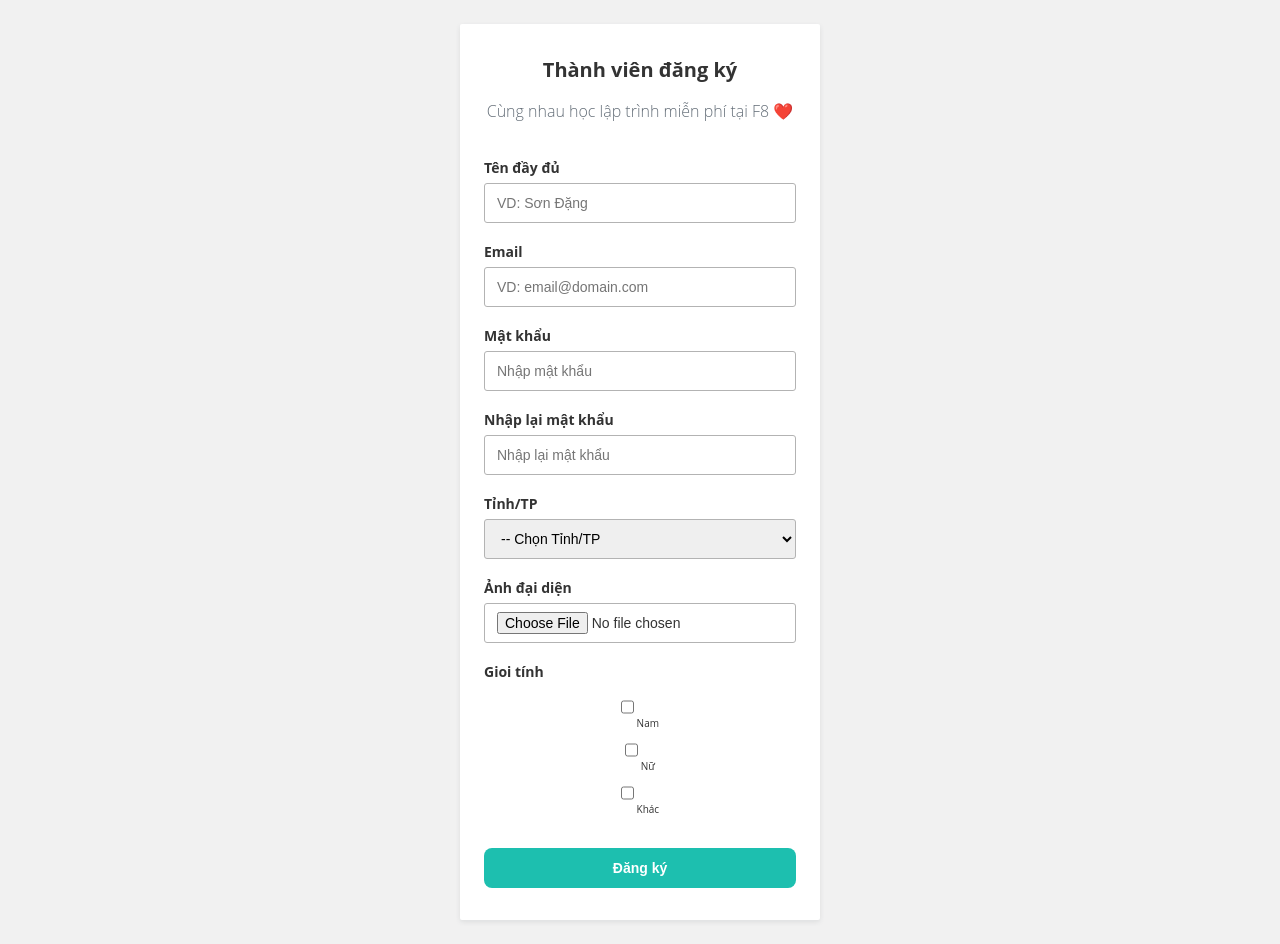
Repository: Khuongg01/Ban-Dong-ho
Page: http://localhost/user/signin/signin.php
These files come from the project's save history. The page is drawn as it stood at one moment and after the next save; the edit follows.
The browser window is 1280 px wide. The pictures show the whole page.
The page is run by PHP 8.4 with error messages shown; the project is at /var/www/html/.

Above is the page before, as saved 2022-04-15 20:24:48.

### user/signin/signin.php
<!DOCTYPE html>
<html lang="en">
    <head>
        <meta charset="UTF-8" />
        <meta http-equiv="X-UA-Compatible" content="IE=edge" />
        <meta name="viewport" content="width=device-width, initial-scale=1.0" />
        <link rel="stylesheet" href="./sign_in.css" />
        <title>FORM</title>
    </head>
    <body>
        <div class="main">
            <form action="" method="POST" class="form" id="form-1">
                <h3 class="heading">Thành viên đăng ký</h3>
                <p class="desc">Cùng nhau học lập trình miễn phí tại F8 ❤️</p>

                <div class="spacer"></div>

                <div class="form-group">
                    <label for="fullname" class="form-label">Tên đầy đủ</label>
                    <input id="fullname" name="fullname" type="text" placeholder="VD: Sơn Đặng" class="form-control" />
                    <span class="form-message"></span>
                </div>

                <div class="form-group">
                    <label for="email" class="form-label">Email</label>
                    <input
                        id="email"
                        name="email"
                        type="text"
                        placeholder="VD: email@domain.com"
                        class="form-control"
                    />
                    <span class="form-message"></span>
                </div>

                <div class="form-group">
                    <label for="password" class="form-label">Mật khẩu</label>
                    <input
                        id="password"
                        name="password"
                        type="password"
                        placeholder="Nhập mật khẩu"
                        class="form-control"
                    />
                    <span class="form-message"></span>
                </div>

                <div class="form-group">
                    <label for="password_confirmation" class="form-label">Nhập lại mật khẩu</label>
                    <input
                        id="password_confirmation"
                        name="password_confirmation"
                        placeholder="Nhập lại mật khẩu"
                        type="password"
                        class="form-control"
                    />
                    <span class="form-message"></span>
                </div>
                <div class="form-group">
                    <label for="province" class="form-label">Tỉnh/TP</label>
                    <select name="province" id="province" class="form-control">
                        <option value="">-- Chọn Tỉnh/TP</option>
                        <option value="Hanoi">Hà Nội</option>

                        <option value="Hp">Bắc Giang</option>
                    </select>
                    <span class="form-message"></span>
                </div>
                <div class="form-group">
                    <label for="avatar" class="form-label">Ảnh đại diện</label>
                    <input id="avatar" name="avatar" type="file" class="form-control" />
                    <span class="form-message"></span>
                </div>
                <div class="form-group">
                    <label for="password_confirmation" class="form-label">Gioi tính</label>
                    <div>
                        <input type="checkbox" name="gender" value="male" class="form-control" />
                        Nam
                    </div>
                    <div>
                        <input type="checkbox" name="gender" value="female" class="form-control" />
                        Nữ
                    </div>
                    <div>
                        <input type="checkbox" name="gender" value="other" class="form-control" />
                        Khác
                    </div>
                    <span class="form-message"></span>
                </div>

                <button class="form-submit">Đăng ký</button>
            </form>
            <div>
<?php
	if(isset($_POST['dangky'])) {
		$tenkhachhang = $_POST['hovaten'];
		$taikhoan= $_POST['taikhoan'];
        $matkhau = md5($_POST['matkhau']);
        $rematkhau=  md5($_POST['rematkhau']);
		$email = $_POST['email'];
		$dienthoai = $_POST['dienthoai'];
		$diachi = $_POST['diachi'];
		if (!$tenkhachhang || !$taikhoan || !$matkhau || !$rematkhau || !$email || !$dienthoai || !$diachi)
		{
			echo "Vui lòng nhập đầy đủ thông tin.";


		}elseif($matkhau!=$rematkhau){
			echo "mat khau chua trung";

		}
		else{


			$sql_dangky = "INSERT INTO tbl_dangky(hovaten,taikhoan,matkhau,sodienthoai,email,diachi) VALUE('".$tenkhachhang."','".$taikhoan."','".$matkhau."','".$dienthoai."','".$email."','".$diachi."')";
			$query_dangky=mysqli_query($connect,$sql_dangky);
			if($query_dangky){
				echo '<p style="color:green">Bạn đã đăng ký thành công</p>';
				$_SESSION['dangky'] = $taikhoan;
				$_SESSION['email'] = $email;
				$_SESSION['id_khachhang'] = mysqli_insert_id($connect);

				}
			}
		}

?>
</div>
        </div>
        <script src="./sign_in.js"></script>
        <script>
            // Mong muốn của chúngta
            Validator({
                form: "#form-1",
                formGroupSelector: ".form-group",
                error: ".form-message",
                rules: [
                    // Validator.isRequired("#fullname"),
                    // Validator.isEmail("#email"),
                    // Validator.minLength("#password", 6),
                    // Validator.isRequired("#password_confirmation"),
                    Validator.isRequired("#avatar"),
                    // Validator.isRequired("#province"),
                    // Validator.isRequired('input[name="gender"]'),
                    // Validator.confirmPassword(
                    //     "#password_confirmation",
                    //     function () {
                    //         return document.querySelector("#form-1 #password").value;
                    //     },
                    //     "Mật khẩu nhập lại không chính xác"
                    // ),
                ],
                onSubmit: function (data) {
                    console.log(data);
                },
            });
        </script>
    </body>
</html>

### signin/sign_in.css
* {
    padding: 0;
    margin: 0;
    box-sizing: border-box;
}
html {
    color: #333;
    font-size: 62.5%;
    font-family: "Open Sans", sans-serif;
}
.main {
    background: #f1f1f1;
    min-height: 100vh;
    display: flex;
    justify-content: center;
}
.form {
    width: 360px;
    min-height: 100px;
    padding: 32px 24px;
    text-align: center;
    background: #fff;
    border-radius: 2px;
    margin: 24px;
    align-self: center;
    box-shadow: 0 2px 5px 0 rgba(51, 62, 73, 0.1);
}
.form .heading {
    font-size: 2rem;
}
.form .desc {
    text-align: center;
    color: #636d77;
    font-size: 1.6rem;
    font-weight: lighter;
    line-height: 2.4rem;
    margin-top: 16px;
    font-weight: 300;
}

.form-group {
    display: flex;
    margin-bottom: 16px;
    flex-direction: column;
}

.form-label,
.form-message {
    text-align: left;
}

.form-label {
    font-weight: 700;
    padding-bottom: 6px;
    line-height: 1.8rem;
    font-size: 1.4rem;
}

.form-control {
    height: 40px;
    padding: 8px 12px;
    border: 1px solid #b3b3b3;
    border-radius: 3px;
    outline: none;
    font-size: 1.4rem;
}

.form-control:hover {
    border-color: #1dbfaf;
}

.form-group.invalid .form-control {
    border-color: #f33a58;
}

.form-group.invalid .form-message {
    color: #f33a58;
}

.form-message {
    font-size: 1.2rem;
    line-height: 1.6rem;
    padding: 4px 0 0;
}

.form-submit {
    outline: none;
    background-color: #1dbfaf;
    margin-top: 12px;
    padding: 12px 16px;
    font-weight: 600;
    color: #fff;
    border: none;
    width: 100%;
    font-size: 14px;
    border-radius: 8px;
    cursor: pointer;
}

.form-submit:hover {
    background-color: #1ac7b6;
}

.spacer {
    margin-top: 36px;
}

### user/sign in/sign_in.js
// Đối tượng
function Validator(options) {
    function getParent(element, selector) {
        while (element.parentElement) {
            if (element.parentElement.matches(selector)) {
                return element.parentElement;
            }
            element = element.parentElement;
        }
    }

    var selectorRules = {};

    //Hàm thực hiện validate
    function validate(inputElement, rule) {
        var errorMassage;
        var errorElement = getParent(
            inputElement,
            options.formGroupSelector
        ).querySelector(options.error);

        // Lấy ra các rules của selector
        var rules = selectorRules[rule.selector];

        // Lặp qua từng rule và kiểm tra
        // Nếu có lỗi thì dừng việc kiểm tra
        for (var i = 0; i < rules.length; ++i) {
            switch (inputElement.type) {
                case "checkbox":
                case "radio":
                    errorMassage = rules[i](
                        formElenment.querySelector(rule.selector + ":checked")
                    );
                    break;
                default:
                    errorMassage = rules[i](inputElement.value);
            }
            if (errorMassage) {
                break;
            }
        }

        if (errorMassage) {
            errorElement.innerText = errorMassage;
            getParent(inputElement, options.formGroupSelector).classList.add(
                "invalid"
            );
        } else {
            errorElement.innerText = "";
            getParent(inputElement, options.formGroupSelector).classList.remove(
                "invalid"
            );
        }
        return !!errorMassage;
    }

    //Lấy Element của fomr Validate
    var formElenment = document.querySelector(options.form);
    if (formElenment) {
        formElenment.onsubmit = function (e) {
            e.preventDefault();

            var isFormValid = true;
            options.rules.forEach(function (rule) {
                var inputElement = formElenment.querySelector(rule.selector);
                var isValid = validate(inputElement, rule);
                if (isValid) {
                    isFormValid = false;
                }
            });

            if (isFormValid) {
                if (typeof options.onSubmit === "function") {
                    var enableInputs = formElenment.querySelectorAll("[name]");
                    var formValues = Array.from(enableInputs).reduce(function (
                        values,
                        input
                    ) {
                        switch (input.type) {
                            case "radio":
                                if (input.matches(":checked"))
                                    values[input.name] = input.value;
                                break;
                            case "checkbox":
                                if (!input.matches(":checked")) return values;

                                if (!Array.isArray(values[input.name])) {
                                    values[input.name] = [];
                                }

                                values[input.name].push(input.value);
                                break;
                            case "file":
                                values[input.name] = input.files;
                            default:
                                values[input.name] = input.value;
                        }

                        return values;
                    },
                    {});
                    options.onSubmit(formValues);
                }
                //Trường hợp submit với hành vi mặc định
                else {
                    formElenment.submit();
                }
            }
        };
        // Lặp qua mỗi rule và xử lý (lắng nghe sư kiện blur, input)
        options.rules.forEach(function (rule) {
            //Lưu lại các rules cho mỗi inputElement
            if (Array.isArray(selectorRules[rule.selector])) {
                selectorRules[rule.selector].push(rule.test);
            } else {
                selectorRules[rule.selector] = [rule.test];
            }

            var inputElements = formElenment.querySelectorAll(rule.selector);

            Array.from(inputElements).forEach(function (inputElement) {
                var errorElement = getParent(
                    inputElement,
                    options.formGroupSelector
                ).querySelector(options.error);
                // Xử lý trường hợp blur khỏi input
                inputElement.onblur = function () {
                    validate(inputElement, rule);
                };

                // Xử lý mỗi khi user nhập vào input
                inputElement.oninput = function () {
                    errorElement.innerText = "";
                    getParent(
                        inputElement,
                        options.formGroupSelector
                    ).classList.remove("invalid");
                };
            });
        });
    }
}

//Định nghĩa rules
//Nguyên tắc các rules:
// 1. Khi có lỗi => trả ra massage lỗi
// 2. Khi hợp lệ => Không có k trả về gì
Validator.isRequired = function (selector) {
    return {
        selector: selector,
        test: function (value) {
            return value ? undefined : "Vui lòng nhập trường này";
        },
    };
};

Validator.isEmail = function (selector) {
    return {
        selector: selector,
        test: function (value) {
            var regex = /^\w+([\.-]?\w+)*@\w+([\.-]?\w+)*(\.\w{2,3})+$/;
            return regex.test(value) ? undefined : "Trường này phải là email";
        },
    };
};

Validator.minLength = function (selector, min) {
    return {
        selector: selector,
        test: function (value) {
            return value.length >= min
                ? undefined
                : `Vui lòng nhập tối thiểu ${min} ký tự`;
        },
    };
};

Validator.confirmPassword = function (selector, getConfirmValue, massage) {
    return {
        selector: selector,
        test: function (value) {
            return value === getConfirmValue()
                ? undefined
                : massage || "Giá trị nhập vào k đúng";
        },
    };
};

After the next save:
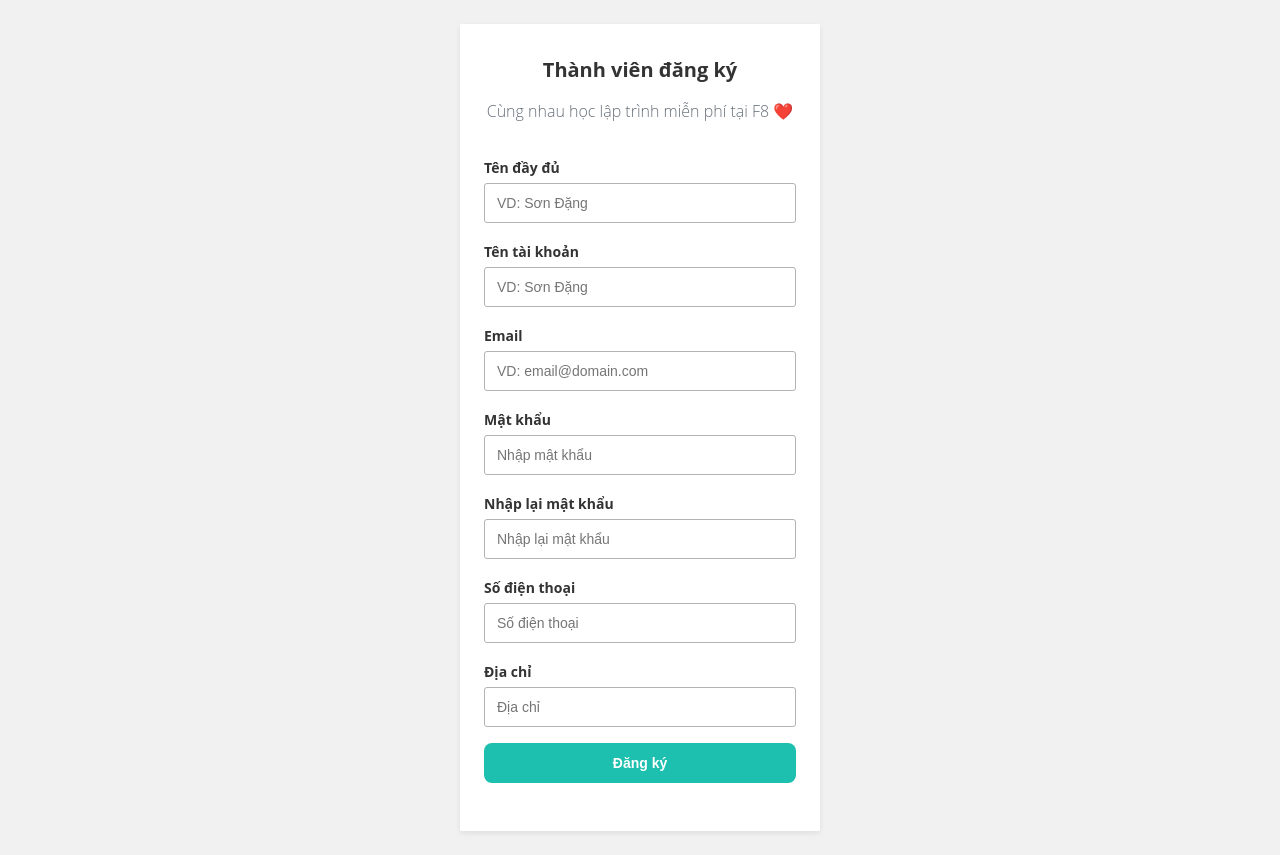
Saved 4 min 28 s later.
--- a/user/signin/signin.php
+++ b/user/signin/signin.php
@@ -17,7 +17,12 @@
 
                 <div class="form-group">
                     <label for="fullname" class="form-label">Tên đầy đủ</label>
-                    <input id="fullname" name="fullname" type="text" placeholder="VD: Sơn Đặng" class="form-control" />
+                    <input id="fullname" name="hovaten" type="text" placeholder="VD: Sơn Đặng" class="form-control" />
+                    <span class="form-message"></span>
+                </div>
+                <div class="form-group">
+                    <label for="fullname" class="form-label">Tên tài khoản</label>
+                    <input id="fullname" name="taikhoan" type="text" placeholder="VD: Sơn Đặng" class="form-control" />
                     <span class="form-message"></span>
                 </div>
 
@@ -37,7 +42,7 @@
                     <label for="password" class="form-label">Mật khẩu</label>
                     <input
                         id="password"
-                        name="password"
+                        name="matkhau"
                         type="password"
                         placeholder="Nhập mật khẩu"
                         class="form-control"
@@ -49,7 +54,7 @@
                     <label for="password_confirmation" class="form-label">Nhập lại mật khẩu</label>
                     <input
                         id="password_confirmation"
-                        name="password_confirmation"
+                        name="rematkhau"
                         placeholder="Nhập lại mật khẩu"
                         type="password"
                         class="form-control"
@@ -57,37 +62,14 @@
                     <span class="form-message"></span>
                 </div>
                 <div class="form-group">
-                    <label for="province" class="form-label">Tỉnh/TP</label>
-                    <select name="province" id="province" class="form-control">
-                        <option value="">-- Chọn Tỉnh/TP</option>
-                        <option value="Hanoi">Hà Nội</option>
-
-                        <option value="Hp">Bắc Giang</option>
-                    </select>
+                    <label for="fullname" class="form-label">Số điện thoại</label>
+                    <input id="fullname" name="dienthoai" type="text" placeholder="Số điện thoại" class="form-control" />
                     <span class="form-message"></span>
                 </div>
                 <div class="form-group">
-                    <label for="avatar" class="form-label">Ảnh đại diện</label>
-                    <input id="avatar" name="avatar" type="file" class="form-control" />
-                    <span class="form-message"></span>
-                </div>
-                <div class="form-group">
-                    <label for="password_confirmation" class="form-label">Gioi tính</label>
-                    <div>
-                        <input type="checkbox" name="gender" value="male" class="form-control" />
-                        Nam
-                    </div>
-                    <div>
-                        <input type="checkbox" name="gender" value="female" class="form-control" />
-                        Nữ
-                    </div>
-                    <div>
-                        <input type="checkbox" name="gender" value="other" class="form-control" />
-                        Khác
-                    </div>
-                    <span class="form-message"></span>
-                </div>
-
+                    <label for="fullname" class="form-label">Địa chỉ</label>
+                    <input id="fullname" name="diachi" type="text" placeholder="Địa chỉ" class="form-control" />
+                <span class="form-message"></span>
                 <button class="form-submit">Đăng ký</button>
             </form>
             <div>
